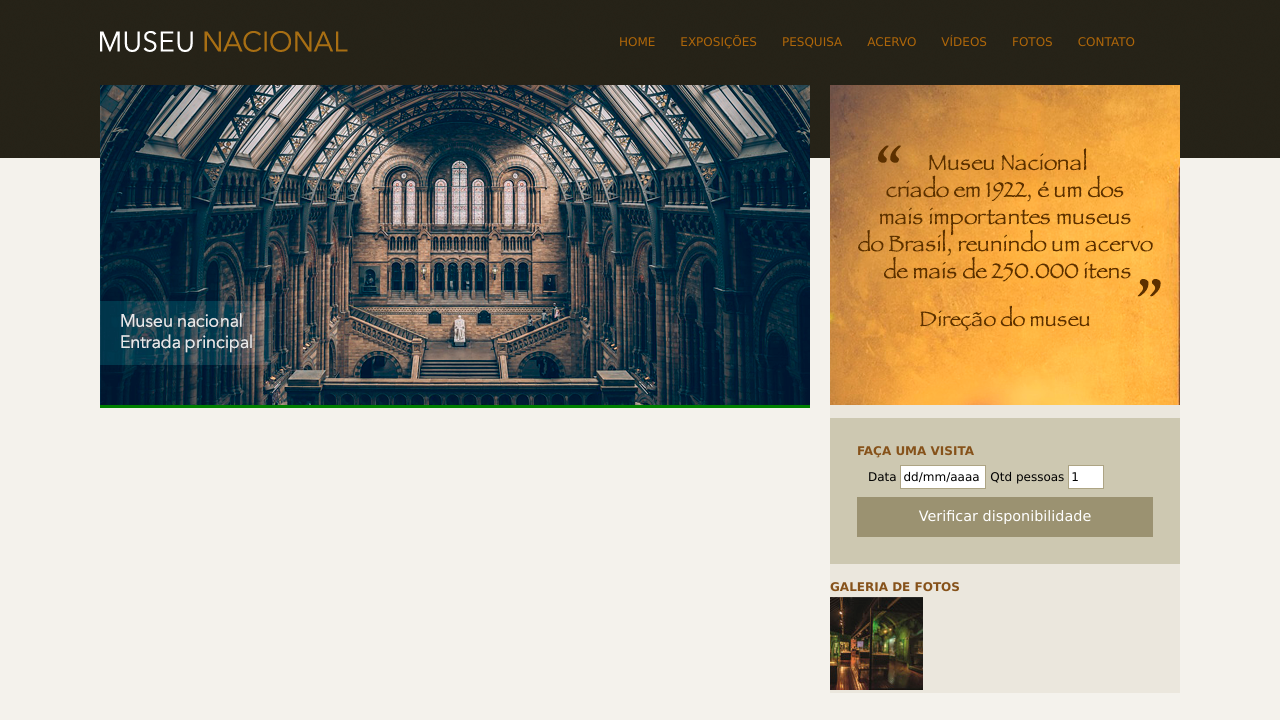
Repository: GustavoScopinho/Museu-Nacional
Page: index.html
The author's editor kept a copy of each file at every save. The page is drawn from the files as they stood at one save, then again after the next save.
The browser window is 1280 px wide. The pictures show the whole page.

Above is the page before, as saved 2022-07-05 01:24:35.

### index.html
<!DOCTYPE html>
<html>
  <head>
    <title>Museu Nacional</title>
    <meta charset="utf-8" />
    <link rel="stylesheet" type="text/css" href="css/normalize.css" />
    <link rel="stylesheet" type="text/css" href="css/style.css" />
  </head>

  <body>
    <div id="container">
      <!-- Inicio container -->

      <header>
        <div id="logo">
          <h1><a href="">Museu Nacional</a></h1>
        </div>

        <nav>
          <ul>
            <li><a href="#">Home</a></li>
            <li><a href="#">Exposições</a></li>
            <li><a href="#">Pesquisa</a></li>
            <li><a href="#">Acervo</a></li>
            <li><a href="#">Vídeos</a></li>
            <li><a href="#">Fotos</a></li>
            <li><a href="#">Contato</a></li>
          </ul>
        </nav>
      </header>

      <div id="principal">
        <div id="conteudo">
          <section id=" capa">
            <img src="img/museu.png">
          </section>
        </div>
      <aside>
        <section id="depoimento">
          <img src="img/depoimento.png">
        </section>

      <section id="visita">
        <h4>Faça uma visita</h4>
          <form>
            <fieldset>
                <legend>Selecione uma data</legend>

                <label for="data" >Data</label>
                <input class="campo" type="text" id="data" value="dd/mm/aaaa">

                <label  for="qtd" >Qtd pessoas</label>
                <input class="campo" style="width: 30px;" type="text" id="qtd" value="1">

            </fieldset>
            <input class="botao" type="submit" value="Verificar disponibilidade">
          </form>
      </section>

      <section id="galeria">
        <h4>Galeria de fotos</h4>
          <a href="">
            <img src="img/imagem1.jpg" height="93" width="93">
          </a>
      </section>

      </aside>
    </div>
    <!-- fim container -->
  </body>
</html>

### css/style.css

body {
  background: #f4f2ec url(../img/fundo.png) repeat-x;
  font: 12px "Lucida Grande", "Lucida Sans Unicode", Arial, sans-serif ;
}

#container {
  width: 1080px;
  margin: 0 auto;
}

a:link, a:active, a:visited {
  color: #af670a;
  text-decoration: none;
}

a:hover {
  color: #227115;
}

/* LOGO */

#logo h1{
  float: left;
}
#logo a {
  width: 248px;
  height: 21px;
  text-indent: -9999px;
  display: block;
  background: url(../img/logo.png) no-repeat;
}

/* navegation */

header{
  padding: 15px 0;
  height: 55px;
}

nav ul {
  list-style: none;
  margin: 20px;
  float: right;
}
nav ul li {
  float: left;
}

nav ul li a:link {
  display: block;
  margin-right: 25px;
  padding-bottom: 3px;
  text-transform: uppercase;
}

nav ul li a:hover {
  border-bottom: 1px solid #535858;
}

/* Principal */

#conteudo {
  width: 710px;
  float: left;
  background: green;
}
aside {
  width: 350px;
  float: right;
  background: #ebe7dd;
}

section#visita {
  background: #cdc8b1;
  padding: 10px 27px 27px 27px;
  margin-top: 10px;
}

h4 {
  color: #86521a;
  text-transform: uppercase;
  padding-bottom: 3px;
  margin-bottom: 0;
}

/* Formulario */

input {
  height: 20px;
  width: 80px;
  background: #fff;
  border: none;
  font-size: 1em;
}
input.campo {
  border:1px solid #ada484;
}

input.botao {
  background: #9b9271;
  color: white;
  width: 100%;
  height: 40px;
  font-size: 1.2em;
}

fieldset {
  border: none;
}

legend {
  display: none;
}

Loaded but not shown: css/normalize.css (library)

After the next save:
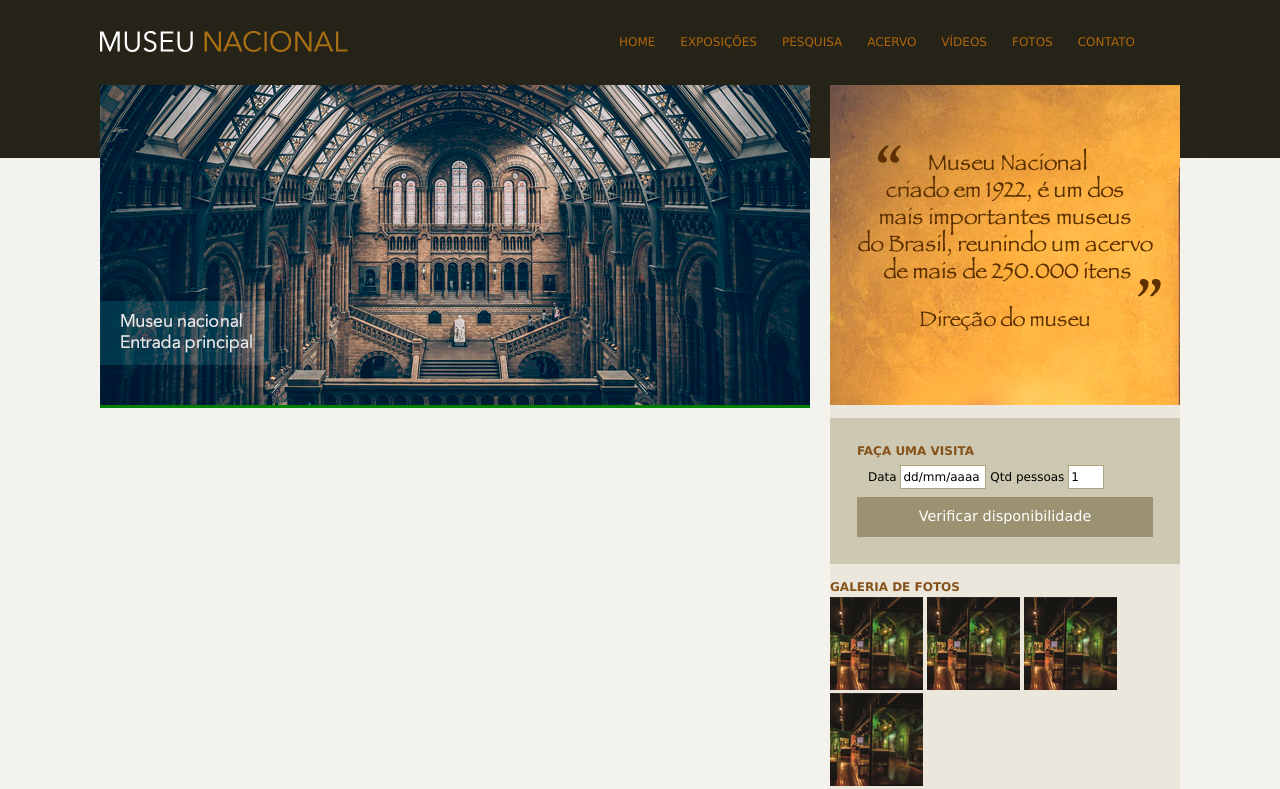
Saved 34 s later.
--- a/index.html
+++ b/index.html
@@ -62,6 +62,15 @@
           <a href="">
             <img src="img/imagem1.jpg" height="93" width="93">
           </a>
+          <a href="">
+            <img src="img/imagem1.jpg" height="93" width="93">
+          </a>
+          <a href="">
+            <img src="img/imagem1.jpg" height="93" width="93">
+          </a>
+          <a href="">
+            <img src="img/imagem1.jpg" height="93" width="93">
+          </a>
       </section>
 
       </aside>
